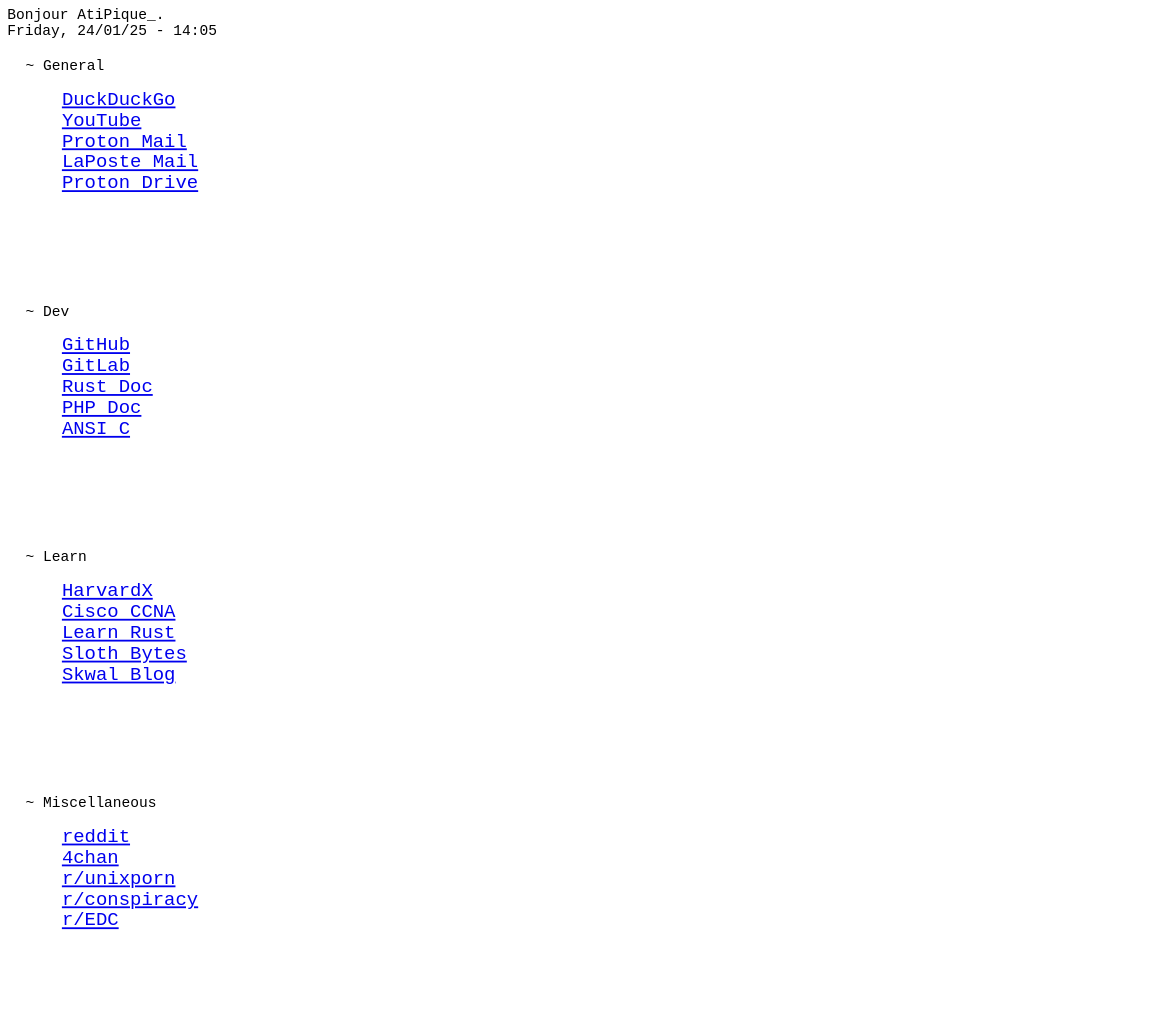
Repository: AtiPiquee/HyprDots
Page: Dev/mystartpage/index.html
These files come from the project's save history. The page is drawn as it stood at one moment and after the next save; the edit follows.
The browser window is 1280 px wide. The pictures show the whole page, at 91% of full size.
Some web fonts or font styles are not loaded; a fallback is used.

Above is the page before, as saved 2025-02-14 04:05:13.

### Dev/mystartpage/index.html
<!doctype html>
<html lang="en">
  <head>
    <title>~/startpage 💫</title>
    <meta charset="UTF-8" />
    <meta name="viewport" content="width=device-width, initial-scale=1" />
    <link href="assets/css/style.css" rel="stylesheet"/>
  </head>

  <body class="atipique_">
    <div id="text">
      <div id="greeting">Bonjour AtiPique_.</div>
      <div id="date"></div>

      <div id="urls" class="links">
        <div class="url">
          <div class="header">~ General</div>
          <ul>
            <li><a href="https://duck.com">DuckDuckGo</a></li>
            <li><a href="https://youtube.com">YouTube</a></li>
            <li><a href="https://mail.proton.me/u/2/inbox">Proton Mail</a></li>
            <li><a href="https://web-mail.laposte.net/main.html#welcome">LaPoste Mail</a></li>
            <li><a href="https://drive.proton.me">Proton Drive</a></li>
          </ul>
        </div>
        <div class="url">
          <div class="header">~ Dev</div>
          <ul>
            <li><a href="https://github.com/Fxzzi?tab=repositories">GitHub</a></li>
            <li><a href="https://gitlab.com/dashboard/projects">GitLab</a></li>
            <li><a href="https://doc.rust-lang.org/rust-by-example/index.html">Rust Doc</a></li>
            <li><a href="https://www.php.net/docs.php">PHP Doc</a></li>
            <li><a href="https://venkivasamsetti.github.io/ebookworm.github.io/Books/cse/C%20Programming%20Language%20(2nd%20Edition).pdf">ANSI C</a></li>
          </ul>
        </div>
        <div class="url">
          <div class="header">~ Learn</div>
          <ul>
            <li><a href="https://www.edx.org/school/harvardx">HarvardX</a></li>
            <li><a href="https://www.cisco.com/site/us/en/learn/training-certifications/certifications/enterprise/ccna/index.html#tabs-7edb32179e-item-d43da2dc1e-tab">Cisco CCNA</a></li>
            <li><a href="https://skwalexe.github.io/learn-rust/">Learn Rust</a></li>
            <li><a href="https://slothbytes.beehiiv.com/">Sloth Bytes</a></li>
            <li><a href="https://blog.skwal.net/">Skwal Blog</a></li>
          </ul>
        </div>
        <div class="url">
          <div class="header">~ Miscellaneous</div>
          <ul>
            <li><a href="https://reddit.com/">reddit</a></li>
            <li><a href="https://4chan.org/">4chan</a></li>
            <li><a href="https://reddit.com/r/unixporn/">r/unixporn</a></li>
            <li><a href="https://reddit.com/r/conspiracy/">r/conspiracy</a></li>
            <li><a href="https://reddit.com/r/EDC/">r/EDC</a></li>

          </ul>
        </div>
      </div>

    </div>

  </body>
  <script async src="assets/js/date.js"></script>

</html>

### Dev/mystartpage/assets/css/style.css
@font-face {
    font-family: "SpaceMono Nerd Font";
    font-display: swap;
    src:
      local("SpaceMono Nerd Font"),
      url(../fonts/SpaceMonoNF.woff2) format("woff2"),
      url(../fonts/SpaceMonoNF.woff) format("woff");
  }

body {
    color: var(--text-color);
    font-family:
      SpaceMono Nerd Font,
      monospace;
  }

.urls {
    display: flex;
    align-items: center;
    justify-content: center;
    gap: 10px;
}

.url {
    height: 230px;
    width: 370px;
    text-align: left;
    padding: 20px;
}

.url li {
    list-style-type: none;
    font-size: 1.3rem;
}

### Dev/mystartpage/assets/js/date.js
const dateElement = document.getElementById("date");

function showTime() {
  const date = new Date();

  const options = {
    weekday: "long",
    hour: "2-digit",
    minute: "2-digit",
    day: "2-digit",
    month: "2-digit",
    year: "2-digit",
  };


  // EN date :


  const formattedDate = date.toLocaleString("en-GB", options);
  const [dayOfWeek, dateStr, time] = formattedDate.split(", ");

  dateElement.innerHTML = `${dayOfWeek}, ${dateStr} - ${time}`;


  // FR date :
  /*
  const formattedDate = date.toLocaleString("fr-FR", options);
  const [dayOfWeek, dateStr, time] = formattedDate.split(" ");

  */

  dateElement.innerHTML = `${dayOfWeek.replace(dayOfWeek[0], dayOfWeek[0].toUpperCase())}, ${dateStr} - ${time}`;

}

setInterval(showTime, 1000);
showTime();

After the next save:
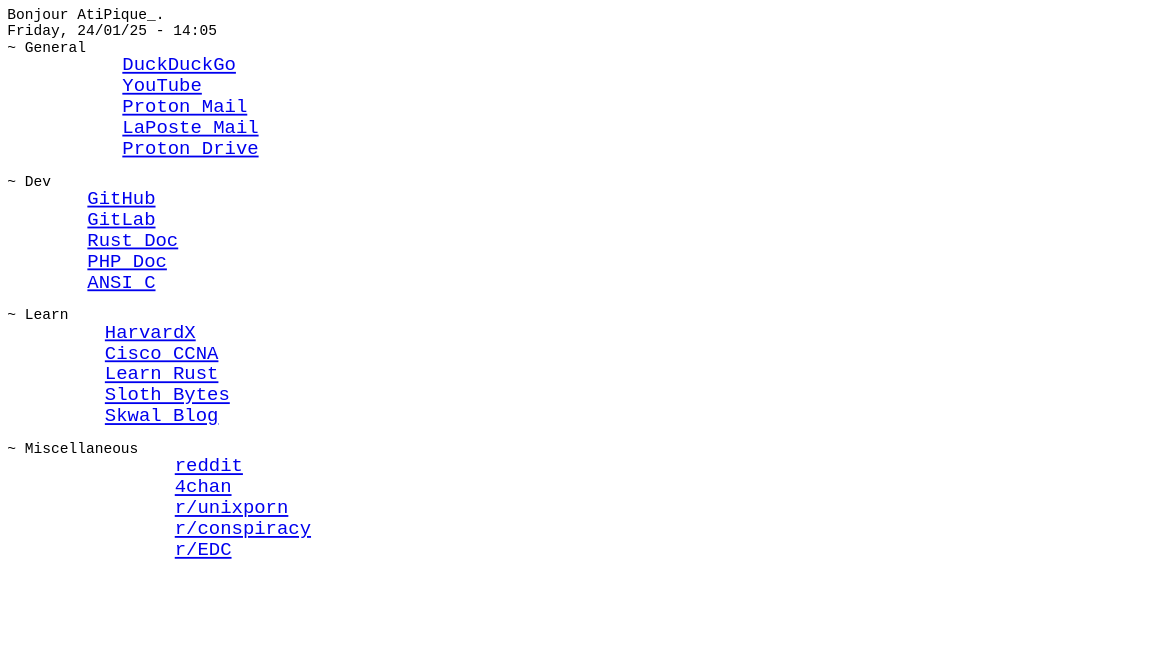
Saved 7 min 15 s later.
--- a/Dev/mystartpage/assets/css/style.css
+++ b/Dev/mystartpage/assets/css/style.css
@@ -22,10 +22,12 @@
 }
 
 .url {
-    height: 230px;
-    width: 370px;
-    text-align: left;
-    padding: 20px;
+    display: flex;
+    flex-direction: row;
+    flex-wrap: nowrap;
+    justify-content: normal;
+    align-items: normal;
+    align-content: normal;
 }
 
 .url li {
